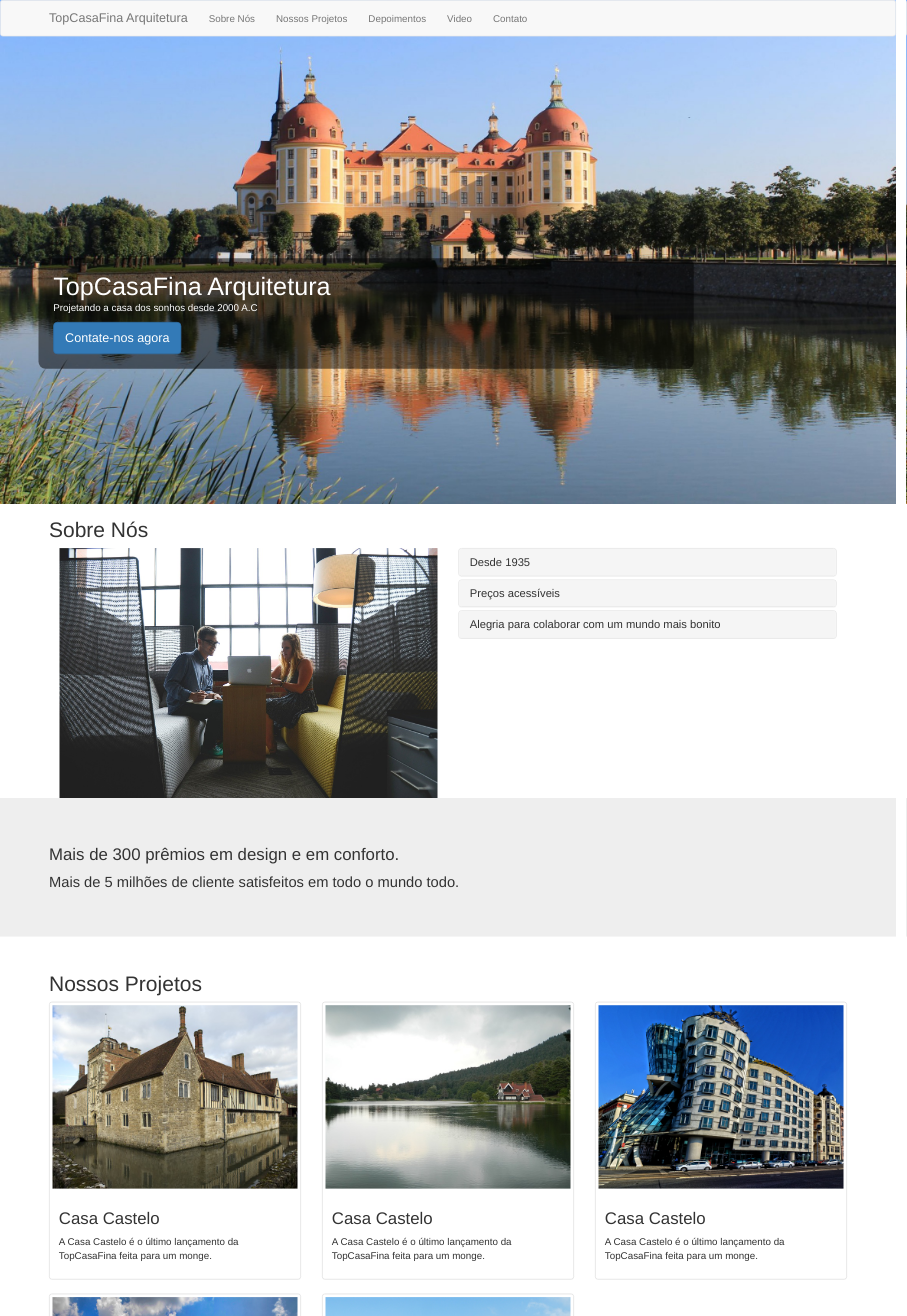
Repository: daviemer/bootstrap-alura
Page: index2.html
An editor plug-in stored every save of this project. The page is shown before and after the next save, followed by the edit.
The browser window is 1280 px wide. The page is 1295 px wide, so the pictures cover 1295 px, including what lies to the right of the window. The pictures show the part of the page from y = 0 to 1880 px (the page is 3653 px tall), at 70% of full size.

Above is the page before, as saved 2022-07-18 16:41:04.

After the next save:
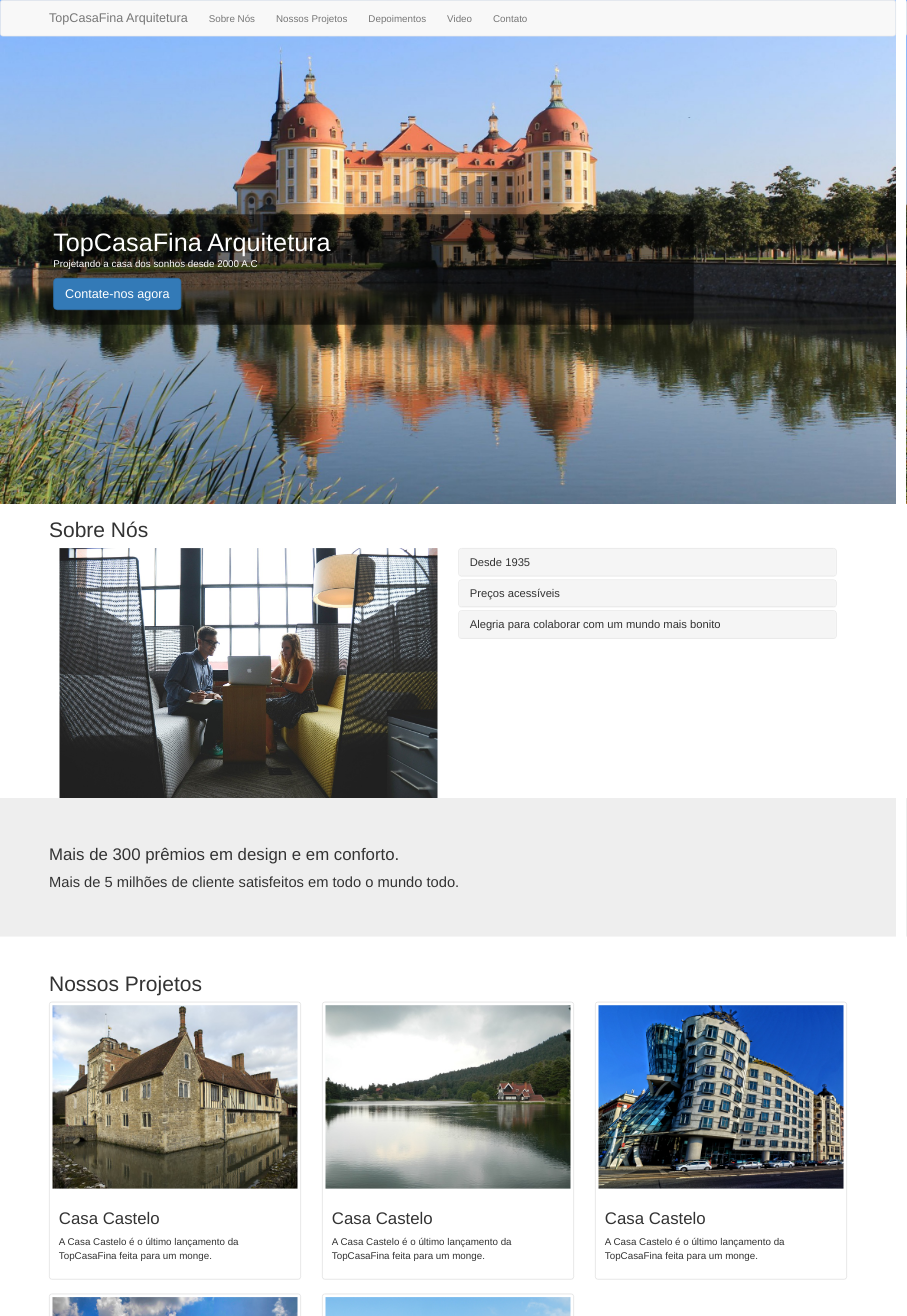
Saved 42 s later.
--- a/style.css
+++ b/style.css
@@ -84,6 +84,6 @@
 @media(min-width:992px){
   .topcasafina-banner {
     left: 0;
-    transform: translate(0%, -40%);
+    transform: translate(0%, -80%);
   }
 }
